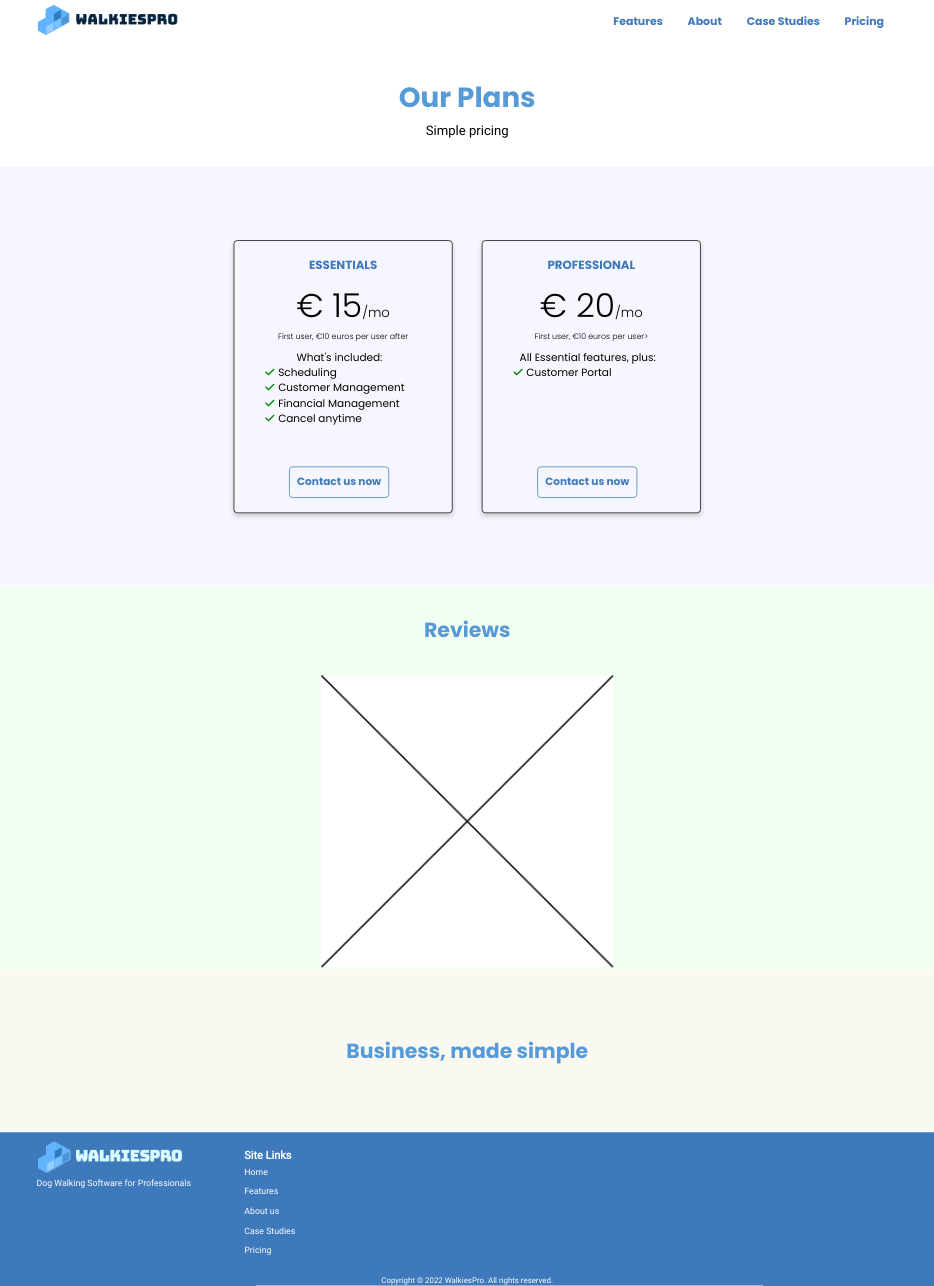
Repository: StevieC87/LAYOUT4
Page: pricing.html
An editor plug-in stored every save of this project. The page is shown before and after the next save, followed by the edit.
The browser window is 1280 px wide. The pictures show the whole page, at 73% of full size.

Above is the page before, as saved 2022-01-05 22:09:15.

After the next save:
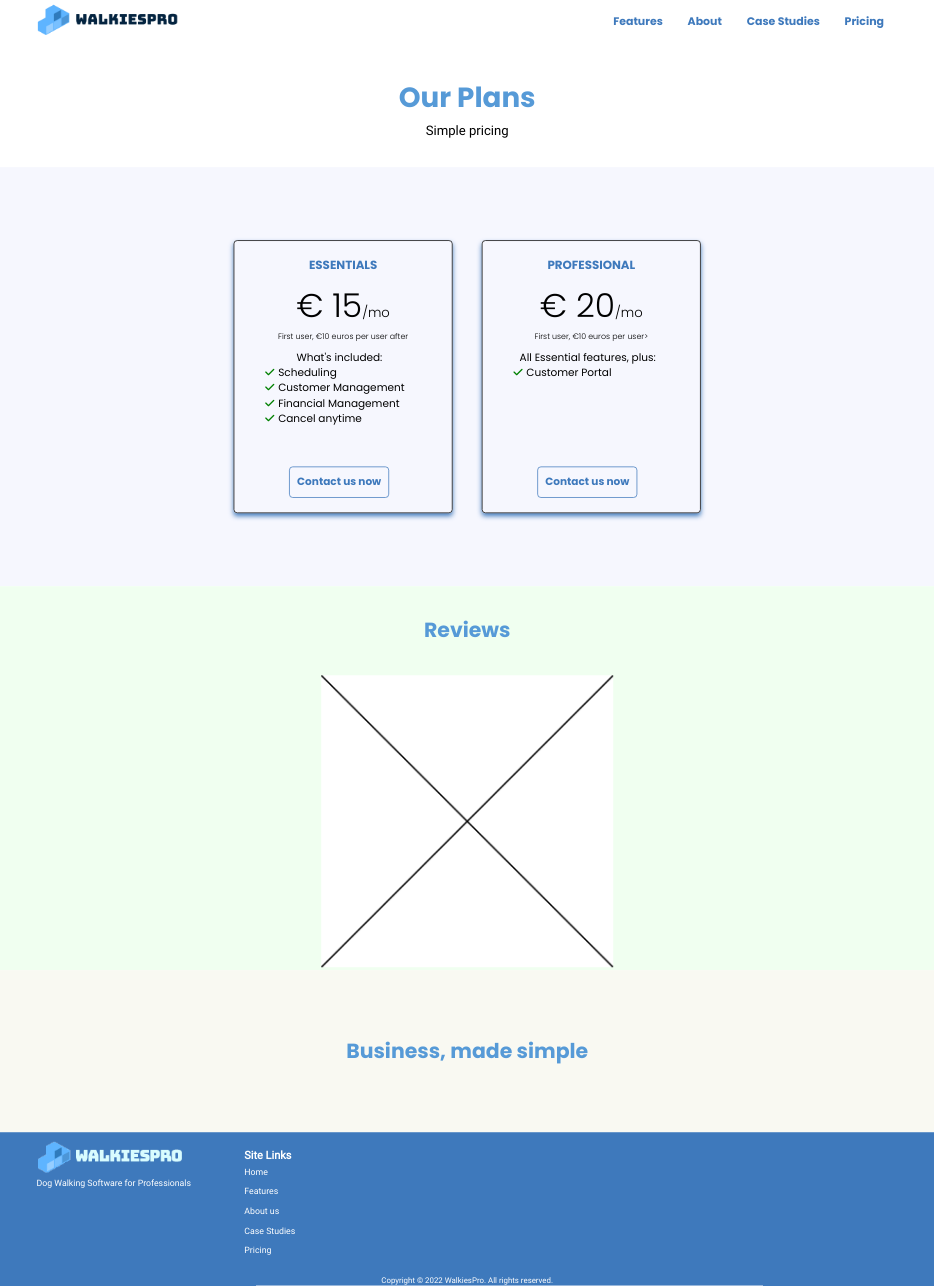
Saved 43 s later.
--- a/css/pricing.css
+++ b/css/pricing.css
@@ -121,11 +121,13 @@ li:before {
 
 .card {
   /* Add shadows to create the "card" effect */
-  box-shadow: 0 4px 8px 0 rgba(0, 0, 0, 0.2);
+  /* box-shadow: 0 4px 8px 0 rgba(0, 0, 0, 0.2); */
+  box-shadow: 0 4px 8px 0 var(--myblue);
   transition: 0.3s;
 }
 
 /* On mouse-over, add a deeper shadow */
 .card:hover {
-  box-shadow: 0 8px 16px 0 rgba(0, 0, 0, 0.2);
+  /*   box-shadow: 0 8px 16px 0 rgba(0, 0, 0, 0.2); */
+  box-shadow: 0 4px 8px 0 var(--myblue);
 }
